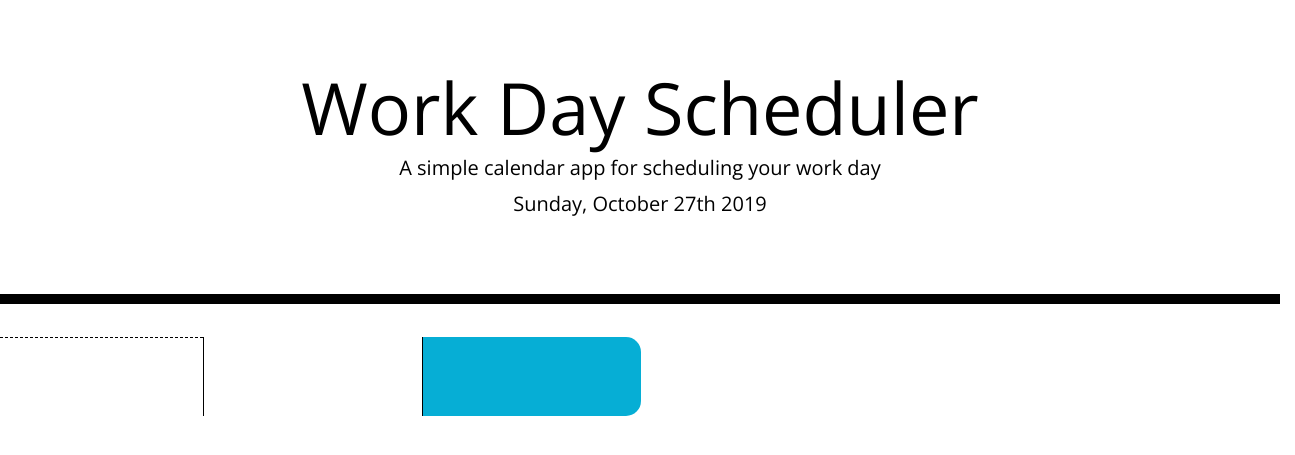
Repository: s88leigh/Day-Planner
Page: Develop/index.html
These files come from the project's save history. The page is drawn as it stood at one moment and after the next save; the edit follows.
The browser window is 1280 px wide. The page is 1295 px wide, so the pictures cover 1295 px, including what lies to the right of the window. The pictures show the whole page.
Some web libraries are served in a nearby version.

Above is the page before, as saved 2019-10-27 16:57:09.
Console error: SyntaxError: Identifier 'curDay' has already been declared

After the next save:
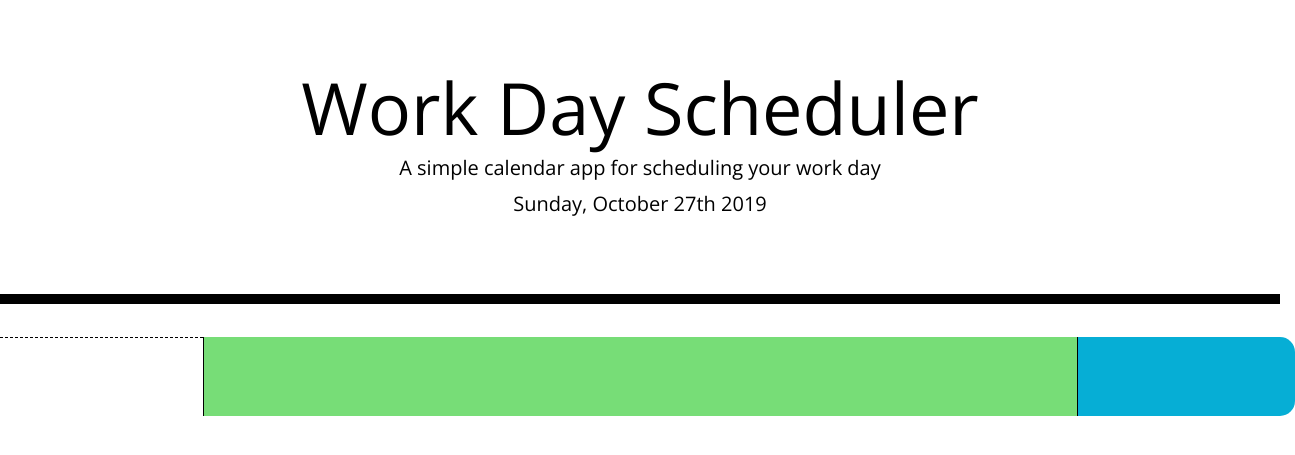
Saved 5 s later.
--- a/Develop/index.html
+++ b/Develop/index.html
@@ -38,7 +38,7 @@
       <div class="col-2 hour">
 
       </div>
-      <textarea class="col-8future">
+      <textarea class="col-8 future">
 
       </textarea>
       <div class="col-2 saveBtn">
